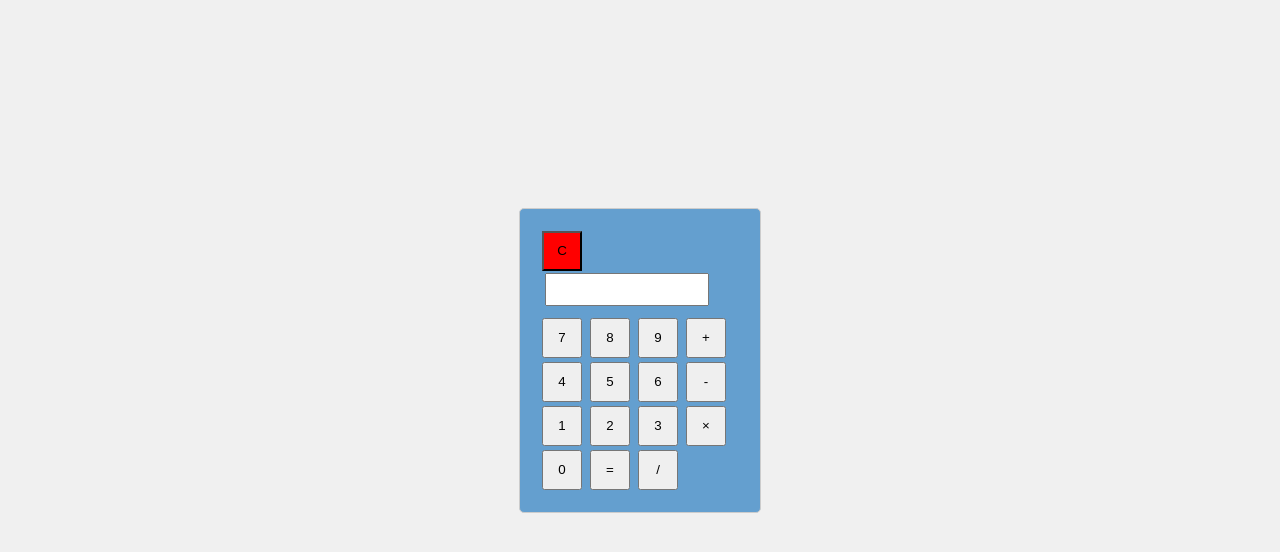
Repository: Burnmyheart/calculator
Page: index.html
An editor plug-in stored every save of this project. The page is shown before and after the next save, followed by the edit.
The browser window is 1280 px wide. The pictures show the whole page.

Above is the page before, as saved 2025-04-28 22:36:06.

### index.html
<!DOCTYPE html>
<html lang="en">
  <head>
    <meta charset="UTF-8" />
    <meta name="viewport" content="width=device-width, initial-scale=1.0" />
    <title>Калькулятор</title>
    <link rel="stylesheet" href="style.css" />
  </head>
  <body>
    <div class="calculator">
      <!-- Поле вывода и кнопка сброса -->
      <div class="display-container">
        <button class="clear" onclick="clearDisplay()">C</button>
        <input type="text" id="display" readonly />
      </div>

      <!-- Кнопки калькулятора -->
      <div>
        <button onclick="addNumber('7')">7</button>
        <button onclick="addNumber('8')">8</button>
        <button onclick="addNumber('9')">9</button>
        <button onclick="addOperation('+')">+</button>
      </div>
      <div>
        <button onclick="addNumber('4')">4</button>
        <button onclick="addNumber('5')">5</button>
        <button onclick="addNumber('6')">6</button>
        <button onclick="addOperation('-')">-</button>
      </div>
      <div>
        <button onclick="addNumber('1')">1</button>
        <button onclick="addNumber('2')">2</button>
        <button onclick="addNumber('3')">3</button>
        <button onclick="addOperation('*')">×</button>
      </div>
      <div>
        <button onclick="addNumber('0')">0</button>
        <button onclick="calculate()">=</button>
        <button onclick="addOperation('/')">/</button>
      </div>
    </div>

    <script src="calculator.js"></script>
  </body>
</html>

### style.css
/* Базовые стили для читаемости */
body {
  display: flex;
  justify-content: center;
  align-items: center;
  min-height: 100vh;
  margin: 0;
  background-color: #f0f0f0;
}

.calculator {
  background-color: #649fcf;
  padding: 20px;
  border: 1px solid #ccc;
  border-radius: 5px;
  width: 200px;
}

.display-container {
  margin-bottom: 10px;
}

#display {
  width: 150px;
  height: 25px;
  margin-left: 5px;
  padding: 2px 5px;
  text-align: right;
}

button {
  width: 40px;
  height: 40px;
  margin: 2px;
}

.clear {
  background-color: red;
}

### calculator.js
// Получаем элемент дисплея
const display = document.getElementById("display");

// Переменные для хранения данных
let firstNumber = "";
let operator = "";
let newNumber = false;

// Добавление цифры
function addNumber(num) {
  if (newNumber) {
    display.value = num;
    newNumber = false;
  } else {
    display.value += num;
  }
}

// Добавление операции
function addOperation(op) {
  // Проверяем, что есть число для операции
  if (display.value === "") {
    display.value = "Ошибка: введите число";
    return;
  }
  // Если уже есть операция, выполняем её
  if (firstNumber && operator) {
    calculate();
  }
  firstNumber = display.value;
  operator = op;
  newNumber = true;
}

// Вычисление результата
function calculate() {
  // Проверяем наличие всех необходимых данных
  if (!firstNumber || !operator || !display.value) {
    display.value = "Ошибка: неполное выражение";
    return;
  }

  let result;
  let a = parseFloat(firstNumber);
  let b = parseFloat(display.value);

  switch (operator) {
    case "+":
      result = a + b;
      break;
    case "-":
      result = a - b;
      break;
    case "*":
      result = a * b;
      break;
    case "/":
      if (b === 0) {
        display.value = "Ошибка: деление на ноль";
        firstNumber = "";
        operator = "";
        newNumber = true;
        return;
      }
      result = a / b;
      break;
  }

  display.value = result;
  firstNumber = "";
  operator = "";
  newNumber = true;
}

// Очистка дисплея
function clearDisplay() {
  display.value = "";
  firstNumber = "";
  operator = "";
  newNumber = false;
}

After the next save:
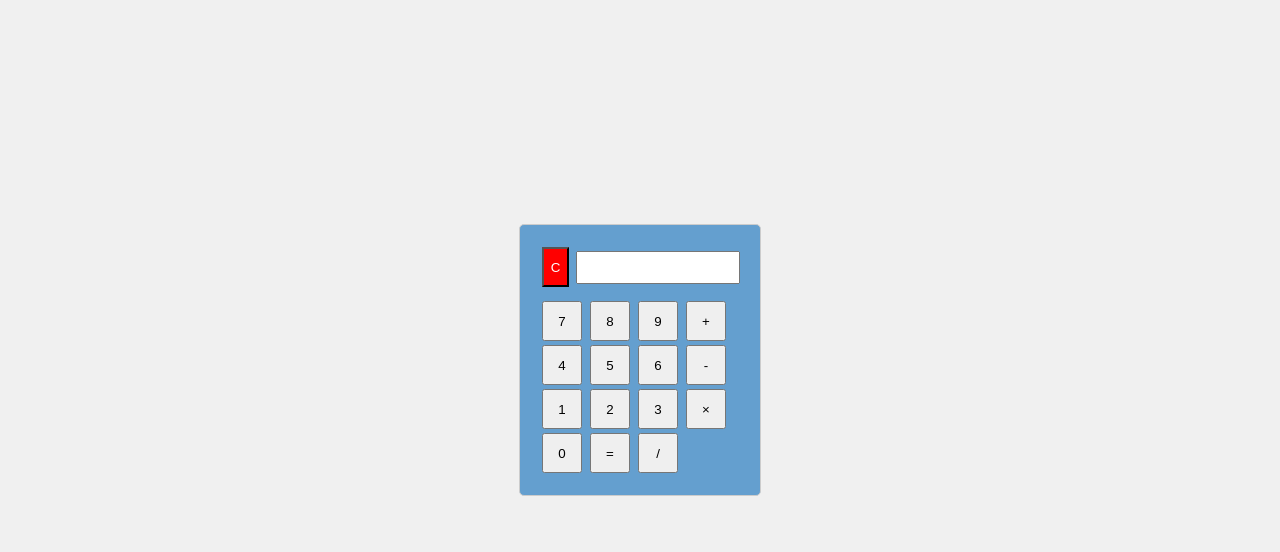
Saved 34 s later.
--- a/style.css
+++ b/style.css
@@ -18,6 +18,8 @@ body {
 
 .display-container {
   margin-bottom: 10px;
+  display: flex;
+  align-items: center;
 }
 
 #display {
@@ -36,4 +38,5 @@ button {
 
 .clear {
   background-color: red;
+  color: white;
 }
